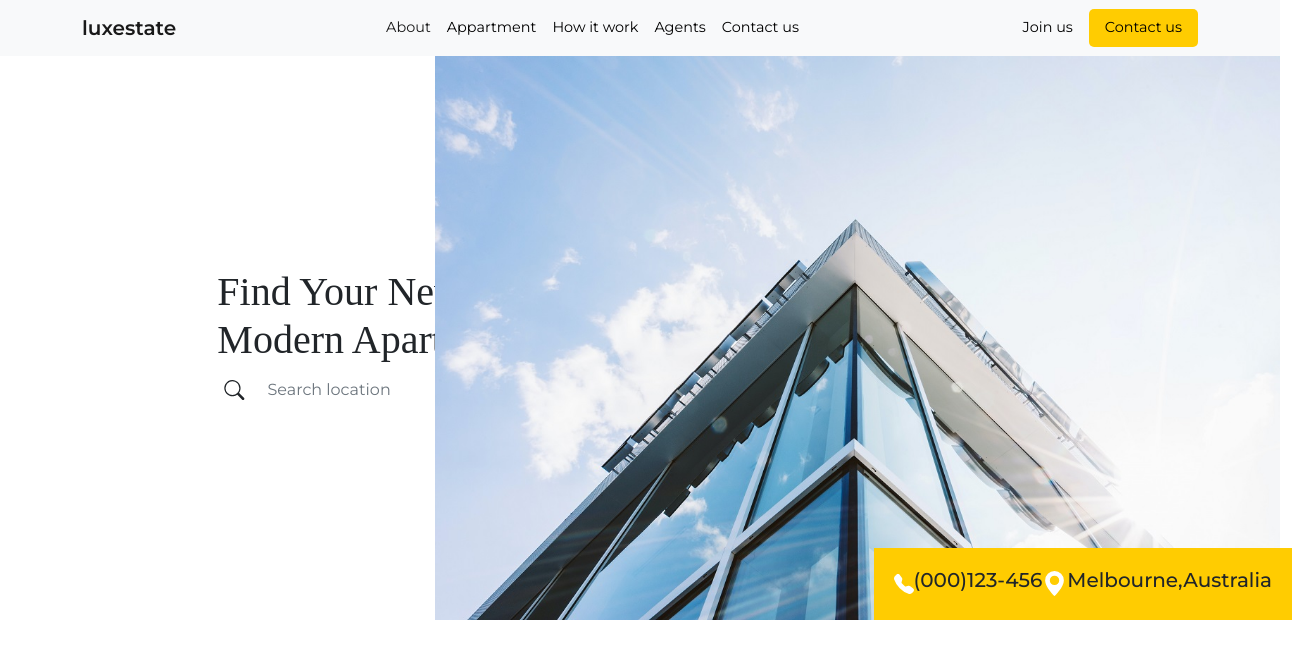
Repository: Toqa-25/luxstate
Page: index.html
An editor plug-in stored every save of this project. The page is shown before and after a run of saves, followed by the edit.
The browser window is 1280 px wide. The page is 1292 px wide, so the pictures cover 1292 px, including what lies to the right of the window. The pictures show the whole page.

Above is the page before, as saved 2021-06-08 00:00:10.

After the next 6 saves:
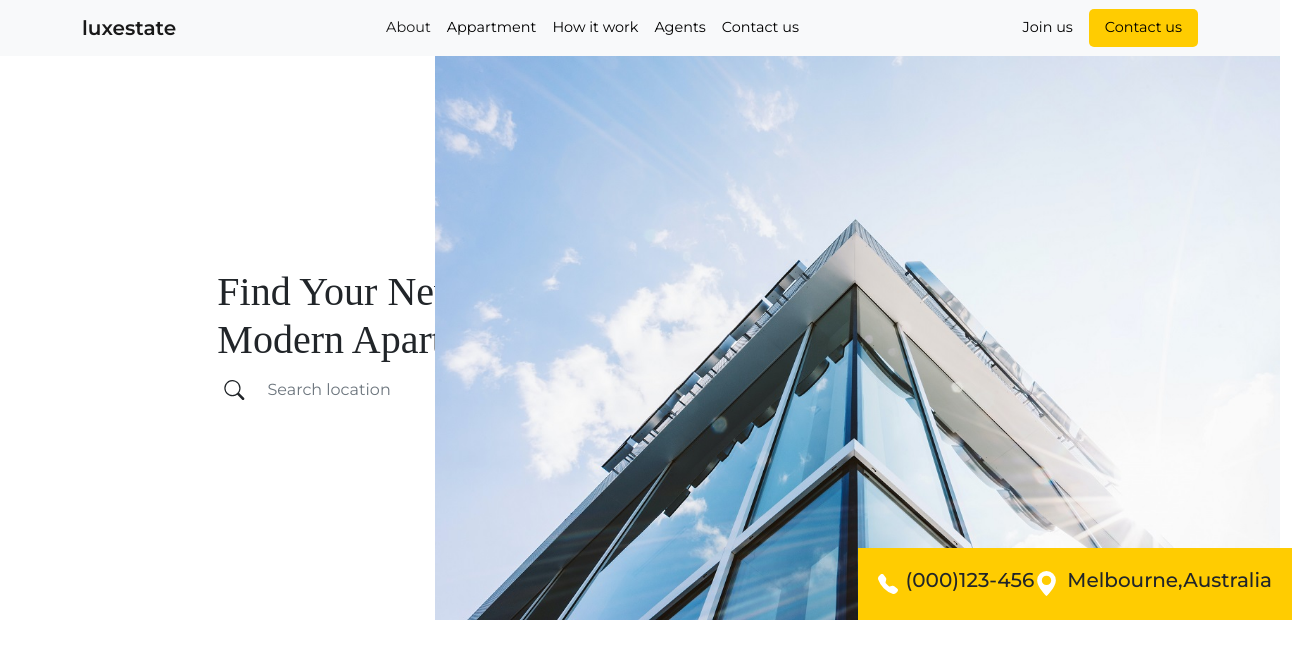
The 6 saves are shown as one change because they came seconds apart.
The last was saved 15 s later.
--- a/css/style.css
+++ b/css/style.css
@@ -59,4 +59,6 @@ header .image-section{
     bottom: 0px;
     align-items: center;
 }
-.mr-2
+.mr-2{
+    margin-right:.5rem
+}
